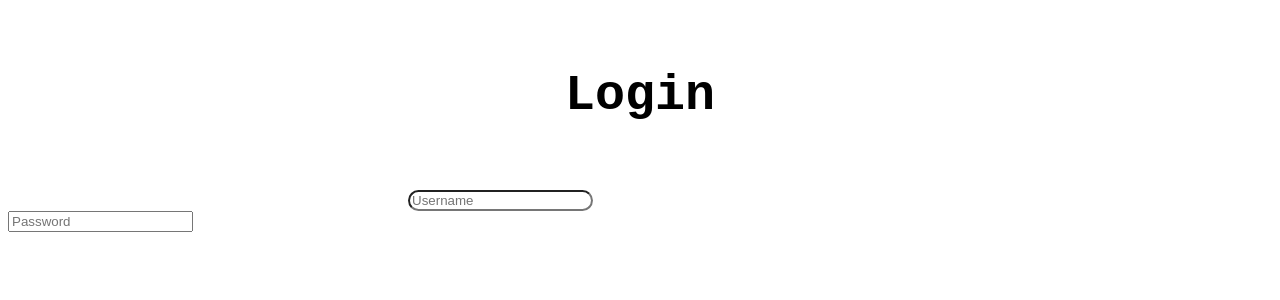
Repository: yhung004/TUTORIAL_PAGE
Page: log_in.html
An editor plug-in stored every save of this project. The page is shown before and after the next save, followed by the edit.
The browser window is 1280 px wide. The pictures show the whole page.

Above is the page before, as saved 2024-04-10 12:11:58.

### log_in.html
<!DOCTYPE html>
<html lang="en">
<head>
    <meta charset="UTF-8">
    <meta name="viewport" content="width=device-width, initial-scale=1.0">
    <title>Login</title>
    <link rel="stylesheet" href="main.css">
</head>
<body>
    <h4 class="login">Login</h4>
    <input type="text" placeholder="Username" class="username"> <br>
    <input type="text" placeholder="Password" class="password">
</body>
</html>

### main.css
.welcome{
    text-align: center;
    font-family: 'Courier New', Courier, monospace;
    font-size: 30px;
    margin-top: 80px;
}
.welcome_text {
    margin-top: 20px;
    text-align:center;
    font-family: 'Courier New', Courier, monospace;
    font-size: 30px;
}
.button_a {
    position: relative;
    left: 580px;
    border: 1px solid black;
    background-color:white;
    border-radius: 30px;
    font-size: 40px;
    padding: 2px 18px 2px 18px;
    margin-top: 20px;
}
.button_b {
    position: relative;
    right: -600px;
    border : 1px solid black;
    border-radius: 40px;
    background-color: rgb(63, 60, 60);
    color:white;
    font-size: 40px;
    padding: 2px 7px 2px 7px;
    margin-top: 20px;
}
a.button_b1 {
    text-decoration: none;
    color:white;
}
a.button_a1 {
    text-decoration:none;
    color:black;
}
.login {
    text-align:center;
    font-size: 50px;
    font-family: monospace;
}
.username {
    position: relative;
    border-radius: 30px;
    left: 400px;
}

After the next save:
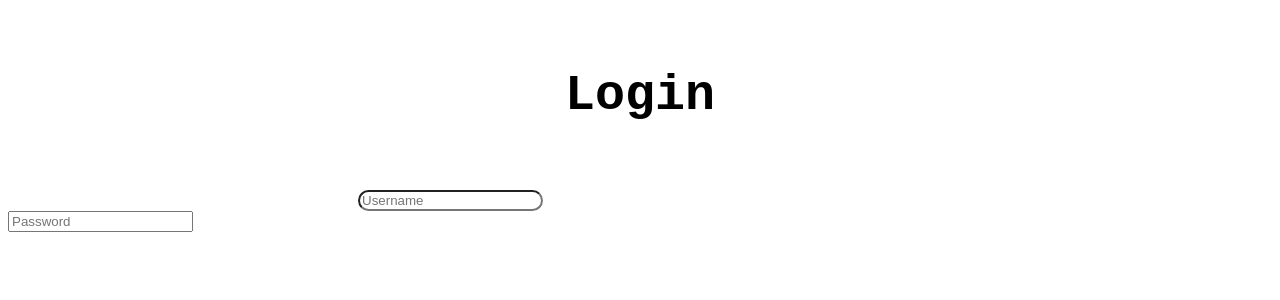
Saved 8 s later.
--- a/main.css
+++ b/main.css
@@ -47,5 +47,5 @@ a.button_a1 {
 .username {
     position: relative;
     border-radius: 30px;
-    left: 400px;
+    left: 350px
 }
